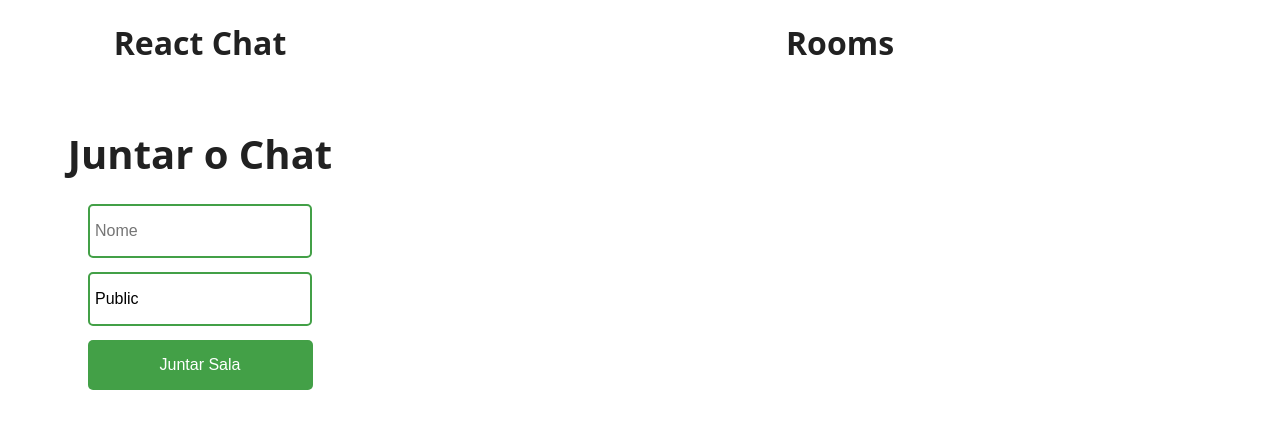
Repository: hierotsu/chat-rooms-react-
Page: / (app in client/)
These files come from the project's save history. The page is drawn as it stood at one moment and after the next save; the edit follows.
The browser window is 1280 px wide. The pictures show the whole page.
The page's requests for data from a server got no answer. The project was rebuilt for these pictures with package versions that can differ from the ones it lists, and the page was loaded fresh each time. No one was signed in, and anything a server would have sent is missing. Also part of the build but not shown: client/src/components/User.js, client/src/components/Chat.js.

Above is the page before, as saved 2022-02-02 16:09:18.

### client/public/index.html
<!DOCTYPE html>
<html lang="en">
	<head>
		<meta charset="utf-8" />
		<link rel="icon" href="%PUBLIC_URL%/favicon.ico" />
		<meta name="viewport" content="width=device-width, initial-scale=1" />
		<meta name="theme-color" content="#000000" />
		<meta
			name="description"
			content="Web site created using create-react-app"
		/>
		<link rel="apple-touch-icon" href="%PUBLIC_URL%/logo192.png" />
		<!--
      manifest.json provides metadata used when your web app is installed on a
      user's mobile device or desktop. See https://developers.google.com/web/fundamentals/web-app-manifest/
    -->
		<link rel="manifest" href="%PUBLIC_URL%/manifest.json" />
		<!--
      Notice the use of %PUBLIC_URL% in the tags above.
      It will be replaced with the URL of the `public` folder during the build.
      Only files inside the `public` folder can be referenced from the HTML.

      Unlike "/favicon.ico" or "favicon.ico", "%PUBLIC_URL%/favicon.ico" will
      work correctly both with client-side routing and a non-root public URL.
      Learn how to configure a non-root public URL by running `npm run build`.
    -->
		<link
			rel="stylesheet"
			href="https://cdnjs.cloudflare.com/ajax/libs/font-awesome/5.15.4/css/all.min.css"
		/>
		<title>React App</title>
	</head>
	<body>
		<noscript>You need to enable JavaScript to run this app.</noscript>
		<div id="root"></div>
		<!--
      This HTML file is a template.
      If you open it directly in the browser, you will see an empty page.

      You can add webfonts, meta tags, or analytics to this file.
      The build step will place the bundled scripts into the <body> tag.

      To begin the development, run `npm start` or `yarn start`.
      To create a production bundle, use `npm run build` or `yarn build`.
    --></body>
</html>

### client/src/App.js
import { useState, useEffect } from 'react'
import io from 'socket.io-client'

import Chat from './components/Chat';
import Rooms from './components/Rooms'

import './App.css';

export const SERVER_URL = "http://localhost:3001"

const connect = () => {
  return io.connect(SERVER_URL,
    { query: { id: Math.floor(Math.random() * 1000) } })
}

const socket = connect()

function App() {
  const [username, setUsername] = useState('')
  const [room, setRoom] = useState('Public')
  const [joinButtonDisabled, setJoinButtonDisabled] = useState(true)
  const [showChat, setShowChat] = useState(false)

  useEffect(() => {
    setJoinButtonDisabled(username === '' || room === '')
  }, [username, room])

  const joinRoom = () => {
    console.log('SOCKET', socket, socket.id)
    if (username !== '' && room !== '') {
      if (!socket.connected)
        socket.open()

      socket.emit('join_room', room, username)
      setShowChat(true)
    }
  }

  function logoutHandle() {
    setShowChat(false)
  }

  return (
    <div className="App">
      {!showChat ?
        <>
          <div className="joinChatContainer">
            <h1>React Chat</h1>
            <h3>Juntar o Chat</h3>
            <input type="text" placeholder='Nome' onKeyPress={e => { e.key === 'Enter' && e.target.value !== '' && joinRoom() }} onChange={e => setUsername(e.target.value)} />
            <input type="text" placeholder='Sala' onKeyPress={e => { e.key === 'Enter' && e.target.value !== '' && joinRoom() }} onChange={e => setRoom(e.target.value)} defaultValue="Public" />
            <button onClick={joinRoom} disabled={joinButtonDisabled}>Juntar Sala</button>
          </div>
          <Rooms socket={socket} joinRoom={joinRoom} />
        </>
        :
        <Chat socket={socket} username={username} room={room} onClose={logoutHandle} />
      }
    </div>
  );
}

export default App;

### client/src/components/Rooms.js
import { useState, useEffect } from 'react';
import io from 'socket.io-client'


export default function Rooms({ socket, joinRoom }) {
    const [rooms, setRooms] = useState([])

    useEffect(() => {
        console.log('Socket changed useEffect', socket, socket.id)
        // if (!socket.connected)
        socket.close()
        socket.open()
        socket.emit('get-rooms', setRooms)

        // socket.on('receive-rooms', roomsReceived)
    }, [socket])


    const listRooms = () => {
        return rooms.map((room, ind) => {
            return <div key={'chat-room-' + ind} >Sala {room.name} com {room.usersTotal} utilizadores</div>
        })
    }

    return <div className="rooms-container">
        <h1>Rooms</h1>
        <div className="rooms-list">
            {listRooms()}
        </div>
    </div>;
}

### client/src/App.css
.App {
	width: 100vw;
	height: 100vh;
	background: #fff;
	color: #212121;
	font-family: "Open Sans", sans-serif;
	display: flex;
}
body {
	margin: 0%;
	padding: 0%;
}
@import url("https://fonts.googleapis.com/css?family=Open+Sans:300,400,700");

button:hover {
	cursor: pointer;
}

.joinChatContainer {
	display: flex;
	flex-direction: column;
	text-align: center;
	min-width: 400px;
}

.joinChatContainer h3 {
	font-size: 2.5rem;
	margin-bottom: 1rem;
}
.joinChatContainer input {
	width: 210px;
	height: 40px;
	margin: 7px auto;
	border: 2px solid #43a047;
	border-radius: 5px;
	padding: 5px;
	font-size: 16px;
}

.joinChatContainer button {
	width: 225px;
	height: 50px;
	margin: 7px auto;
	border: none;
	border-radius: 5px;
	padding: 5px;
	font-size: 16px;
	background: #43a047;
	color: #fff;
	cursor: pointer;
}

.joinChatContainer button:hover {
	background: #2e7d32;
}
.chat-container {
	display: flex;
	flex: 1;
	min-height: 0px;
}
.chat-window {
	width: 90vw;
	height: 90vh;
	max-width: 600px;
	max-height: 600px;
	display: flex;
	flex-direction: column;
}
.chat-window.isReduced {
	height: 45px;
	overflow: hidden;
}
.chat-window p {
	margin: 0;
}

.chat-users {
	width: fit-content;
	max-width: 200px;
	border: 1px solid black;
	padding: 0px 10px;
}
.chat-users > div {
	font-weight: bold;
}
.chat-window .chat-header {
	height: 45px;
	border-top-left-radius: 6px;
	border-top-right-radius: 6px;
	background: #263238;
	position: relative;
	cursor: pointer;
}
.chat-window .chat-header p {
	display: block;
	padding: 0 1em 0 2em;
	color: #fff;
	font-weight: 700;
	line-height: 45px;
}

.chat-window .chat-body {
	/* height: calc(450px - (45px + 70px)); */
	border: 1px solid #263238;
	background: #fff;
	position: relative;
	flex: 1;
}
.chat-window .chat-body .message-container {
	width: 100%;
	height: 100%;
	overflow-y: auto;
	overflow-x: hidden;
}

.chat-window .chat-body .message-container::-webkit-scrollbar {
	display: none;
}
.chat-window .chat-body .message {
	height: auto;
	padding: 10px;
	display: flex;
}

.chat-window .chat-body .message .message-content {
	width: auto;
	height: auto;
	min-height: 40px;
	max-width: 120px;
	background-color: #43a047;
	border-radius: 5px;
	color: white;
	display: flex;
	align-items: center;
	margin-right: 5px;
	margin-left: 5px;
	padding-right: 5px;
	padding-left: 5px;
	overflow-wrap: break-word;
	word-break: break-word;
}

#you {
	justify-content: flex-start;
}

#you .message-content {
	justify-content: flex-start;
}

#you .message-meta {
	justify-content: flex-start;
	margin-left: 5px;
}

#other.new-chatter .message-content {
	background-color: aliceblue;
	color: black;
}
#other.new-chatter .message-content,
#other.new-chatter #time {
	font-style: italic;
	font-size: smaller;
}

#other {
	justify-content: flex-end;
}

#other .message-content {
	justify-content: flex-end;
	background-color: cornflowerblue;
}

#other .message-meta {
	justify-content: flex-end;
	margin-right: 5px;
}

.message-meta #author {
	margin-left: 10px;
	font-weight: bold;
}

.chat-window .chat-body .message .message-meta {
	display: flex;
	font-size: 12px;
}

.chat-window .chat-footer {
	height: 40px;
	border: 1px solid #263238;
	border-top: none;
	display: flex;
}

.chat-window .chat-footer input {
	height: 100%;
	flex: 85%;
	border: 0;
	padding: 0 0.7em;
	font-size: 1em;
	border-right: 1px dotted #607d8b;

	outline: none;
	font-family: "Open Sans", sans-serif;
}

.chat-window .chat-footer button {
	border: 0;
	display: grid;
	place-items: center;
	cursor: pointer;
	flex: 15%;
	height: 100%;
	background: transparent;
	outline: none;
	font-size: 25px;
	color: lightgray;
}

.chat-window .chat-footer button:hover {
	color: #43a047;
}
.hide {
	opacity: 0 !important;
}

.action-bar {
	position: absolute;
	top: 5px;
	right: 2px;
}
.action-bar button {
	background: #263238;
	font-size: 1rem;
	color: white;
	border: 1px solid white;
	border-radius: 5px;
	padding: 4px 10px 6px 10px;
	margin: 0 3px;
}

/*****	ROOMS *****/
.rooms-container {
	text-align: center;
	flex: 1;
	min-height: 0;
}
.room-list {
	overflow-y: auto;
}
.rooms-list > div {
	margin: 20px;
	padding: 20px;
	border: 2px solid #43a047;
	border-radius: 5px;
}
.rooms-list > div:hover {
	cursor: pointer;
	background: #43a047;
	color: white;
}

Loaded but not shown: client/src/index.js (common file); client/src/index.css (common file)

After the next save:
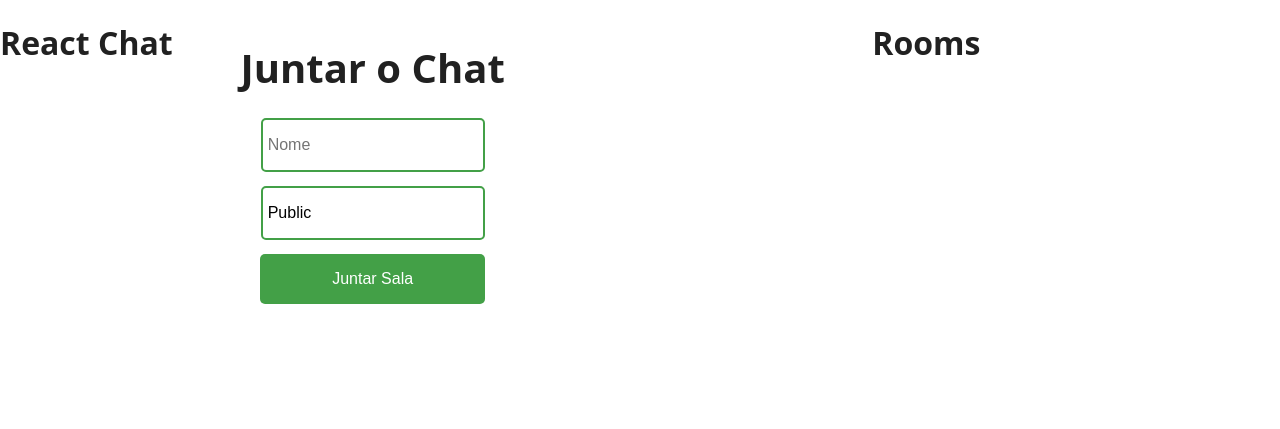
Saved 39 s later.
--- a/client/src/App.js
+++ b/client/src/App.js
@@ -25,6 +25,8 @@ function App() {
     setJoinButtonDisabled(username === '' || room === '')
   }, [username, room])
 
+
+
   const joinRoom = () => {
     console.log('SOCKET', socket, socket.id)
     if (username !== '' && room !== '') {
@@ -42,10 +44,10 @@ function App() {
 
   return (
     <div className="App">
+      <h1>React Chat</h1>
       {!showChat ?
         <>
           <div className="joinChatContainer">
-            <h1>React Chat</h1>
             <h3>Juntar o Chat</h3>
             <input type="text" placeholder='Nome' onKeyPress={e => { e.key === 'Enter' && e.target.value !== '' && joinRoom() }} onChange={e => setUsername(e.target.value)} />
             <input type="text" placeholder='Sala' onKeyPress={e => { e.key === 'Enter' && e.target.value !== '' && joinRoom() }} onChange={e => setRoom(e.target.value)} defaultValue="Public" />
